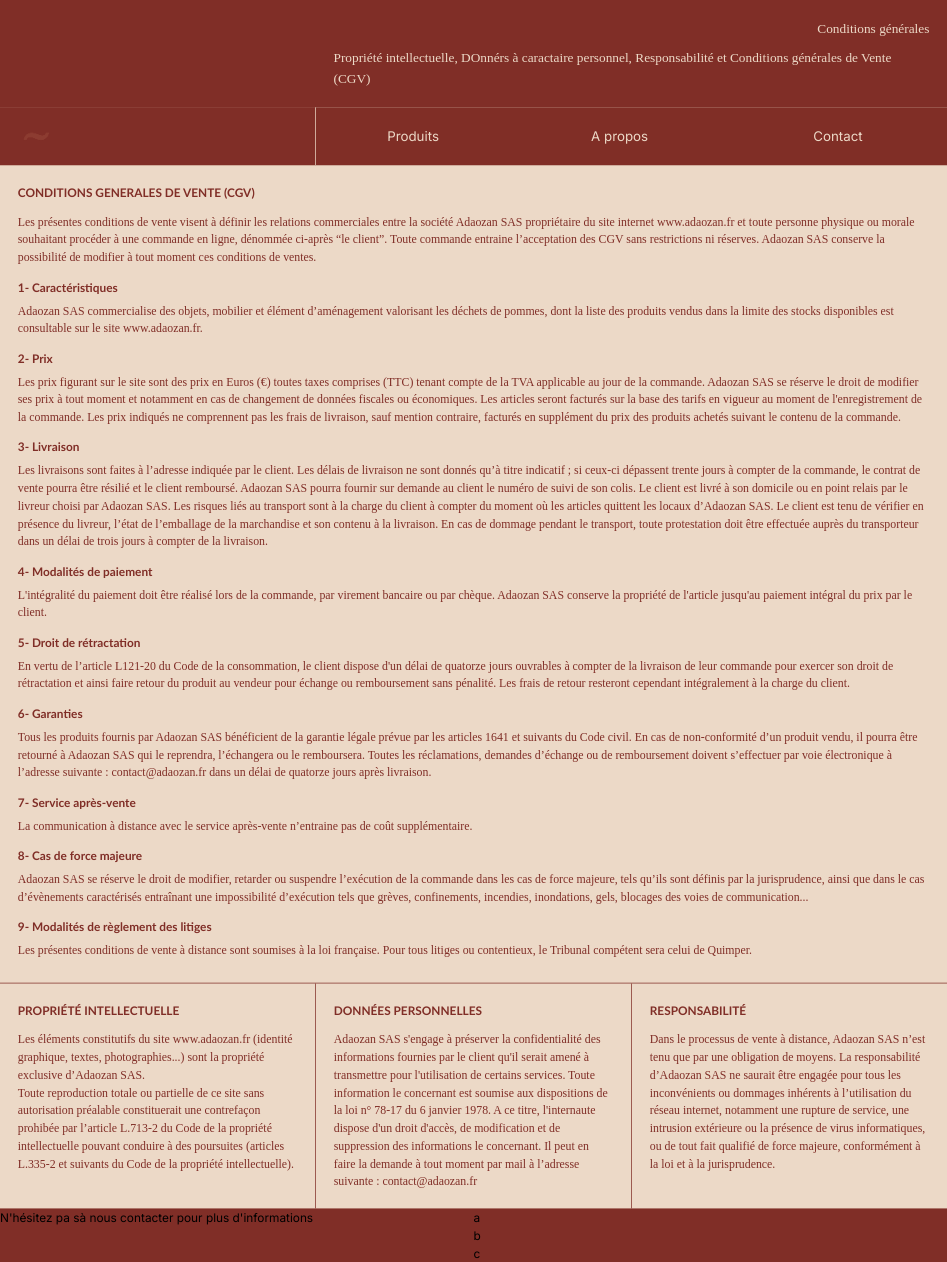
Repository: Neewd/adaozan
Page: /cgv
These files come from the project's save history. The page is drawn as it stood at one moment and after the next save; the edit follows.
The browser window is 1280 px wide. The pictures show the whole page, at 74% of full size.
Some web fonts or font styles are not loaded; a fallback is used. The project was rebuilt for these pictures with package versions that can differ from the ones it lists, and the page was loaded fresh each time. The framework's server and built-in components were replaced by stand-ins that run in the browser. Also part of the build but not shown: next.config.js.

Above is the page before, as saved 2023-08-11 13:34:00.

### app/cgv/page.tsx
import Image from 'next/image';
import { ContactHero } from '@/app/components/ContactHero';
import { Menu } from '@/app/components/Menu';

export default function CGV() {
  return (
    <>
      <div className="w-full bg-brown-100 relative h-min min-h-full">
        <div className="flex top-0 sticky w-full z-1 h-[20vh]">
          <div className="basis-4/12 p-6 flex flex-col justify-between">
            <Image
              src="/img/logo-white.png"
              width={300}
              height={300}
              alt="Logo Adaozan"
            />
          </div>
          <div className="basis-8/12 relative p-6 flex flex-col justify-between items-end">
            <span className="text-lg font-heading text-cream-100">
              Conditions générales
            </span>
            <span className="text-lg font-heading text-cream-100">
              Propriété intellectuelle, DOnnérs à caractaire personnel,
              Responsabilité et Conditions générales de Vente (CGV)
            </span>
          </div>
        </div>
        <Menu />

        <div className="flex flex-col border-b border-r-brown-100 bg-cream-100 relative text-brown-100 font-heading">
          <div className="flex flex-1 border-b border-brown-100 p-6 flex-col">
            <h2 className="mb-2 font-bold">
              CONDITIONS GENERALES DE VENTE (CGV)
            </h2>
            <p className="py-2">
              Les présentes conditions de vente visent à définir les relations
              commerciales entre la société Adaozan SAS propriétaire du site
              internet www.adaozan.fr et toute personne physique ou morale
              souhaitant procéder à une commande en ligne, dénommée ci-après “le
              client”. Toute commande entraine l’acceptation des CGV sans
              restrictions ni réserves. Adaozan SAS conserve la possibilité de
              modifier à tout moment ces conditions de ventes.
            </p>
            <h3 className="font-bold pt-2">1- Caractéristiques</h3>
            <p className="py-2">
              Adaozan SAS commercialise des objets, mobilier et élément
              d’aménagement valorisant les déchets de pommes, dont la liste des
              produits vendus dans la limite des stocks disponibles est
              consultable sur le site www.adaozan.fr.
            </p>

            <h3 className="pt-2 font-bold">2- Prix </h3>
            <p className="py-2">
              Les prix figurant sur le site sont des prix en Euros (€) toutes
              taxes comprises (TTC) tenant compte de la TVA applicable au jour
              de la commande. Adaozan SAS se réserve le droit de modifier ses
              prix à tout moment et notamment en cas de changement de données
              fiscales ou économiques. Les articles seront facturés sur la base
              des tarifs en vigueur au moment de l'enregistrement de la
              commande. Les prix indiqués ne comprennent pas les frais de
              livraison, sauf mention contraire, facturés en supplément du prix
              des produits achetés suivant le contenu de la commande.
            </p>

            <h3 className="pt-2 font-bold">3- Livraison</h3>
            <p className="py-2">
              Les livraisons sont faites à l’adresse indiquée par le client. Les
              délais de livraison ne sont donnés qu’à titre indicatif ; si
              ceux-ci dépassent trente jours à compter de la commande, le
              contrat de vente pourra être résilié et le client remboursé.
              Adaozan SAS pourra fournir sur demande au client le numéro de
              suivi de son colis. Le client est livré à son domicile ou en point
              relais par le livreur choisi par Adaozan SAS. Les risques liés au
              transport sont à la charge du client à compter du moment où les
              articles quittent les locaux d’Adaozan SAS. Le client est tenu de
              vérifier en présence du livreur, l’état de l’emballage de la
              marchandise et son contenu à la livraison. En cas de dommage
              pendant le transport, toute protestation doit être effectuée
              auprès du transporteur dans un délai de trois jours à compter de
              la livraison.
            </p>

            <h3 className="pt-2 font-bold">4- Modalités de paiement</h3>
            <p className="py-2">
              L'intégralité du paiement doit être réalisé lors de la commande,
              par virement bancaire ou par chèque. Adaozan SAS conserve la
              propriété de l'article jusqu'au paiement intégral du prix par le
              client.
            </p>

            <h3 className="pt-2 font-bold">5- Droit de rétractation</h3>
            <p className="py-2">
              En vertu de l’article L121-20 du Code de la consommation, le
              client dispose d'un délai de quatorze jours ouvrables à compter de
              la livraison de leur commande pour exercer son droit de
              rétractation et ainsi faire retour du produit au vendeur pour
              échange ou remboursement sans pénalité. Les frais de retour
              resteront cependant intégralement à la charge du client.
            </p>

            <h3 className="pt-2 font-bold">6- Garanties </h3>
            <p className="py-2">
              Tous les produits fournis par Adaozan SAS bénéficient de la
              garantie légale prévue par les articles 1641 et suivants du Code
              civil. En cas de non-conformité d’un produit vendu, il pourra être
              retourné à Adaozan SAS qui le reprendra, l’échangera ou le
              remboursera. Toutes les réclamations, demandes d’échange ou de
              remboursement doivent s’effectuer par voie électronique à
              l’adresse suivante : contact@adaozan.fr dans un délai de quatorze
              jours après livraison.
            </p>

            <h3 className="pt-2 font-bold">7- Service après-vente</h3>
            <p className="py-2">
              La communication à distance avec le service après-vente n’entraine
              pas de coût supplémentaire.
            </p>

            <h3 className="pt-2 font-bold">8- Cas de force majeure</h3>
            <p className="py-2">
              Adaozan SAS se réserve le droit de modifier, retarder ou suspendre
              l’exécution de la commande dans les cas de force majeure, tels
              qu’ils sont définis par la jurisprudence, ainsi que dans le cas
              d’évènements caractérisés entraînant une impossibilité d’exécution
              tels que grèves, confinements, incendies, inondations, gels,
              blocages des voies de communication...
            </p>

            <h3 className="pt-2 font-bold">
              9- Modalités de règlement des litiges
            </h3>
            <p className="py-2">
              Les présentes conditions de vente à distance sont soumises à la
              loi française. Pour tous litiges ou contentieux, le Tribunal
              compétent sera celui de Quimper.
            </p>
          </div>
          <div className="flex">
            <div className="flex flex-1 p-6 flex-col border-r border-brown-100">
              <h2 className="font-bold mb-4">PROPRIÉTÉ INTELLECTUELLE</h2>
              <p>
                Les éléments constitutifs du site www.adaozan.fr (identité
                graphique, textes, photographies...) sont la propriété exclusive
                d’Adaozan SAS.
              </p>
              <p>
                Toute reproduction totale ou partielle de ce site sans
                autorisation préalable constituerait une contrefaçon prohibée
                par l’article L.713-2 du Code de la propriété intellectuelle
                pouvant conduire à des poursuites (articles L.335-2 et suivants
                du Code de la propriété intellectuelle).
              </p>
            </div>
            <div className="flex flex-1 flex-col border-r border-brown-100 p-6 ">
              <h2 className="font-bold mb-4">DONNÉES PERSONNELLES</h2>
              <p>
                Adaozan SAS s'engage à préserver la confidentialité des
                informations fournies par le client qu'il serait amené à
                transmettre pour l'utilisation de certains services. Toute
                information le concernant est soumise aux dispositions de la loi
                n° 78-17 du 6 janvier 1978. A ce titre, l'internaute dispose
                d'un droit d'accès, de modification et de suppression des
                informations le concernant. Il peut en faire la demande à tout
                moment par mail à l’adresse suivante : contact@adaozan.fr
              </p>
            </div>
            <div className="flex flex-1 flex-col p-6">
              <h2 className="font-bold mb-4">RESPONSABILITÉ</h2>
              <p>
                Dans le processus de vente à distance, Adaozan SAS n’est tenu
                que par une obligation de moyens. La responsabilité d’Adaozan
                SAS ne saurait être engagée pour tous les inconvénients ou
                dommages inhérents à l’utilisation du réseau internet, notamment
                une rupture de service, une intrusion extérieure ou la présence
                de virus informatiques, ou de tout fait qualifié de force
                majeure, conformément à la loi et à la jurisprudence.
              </p>
            </div>
          </div>
        </div>
        <ContactHero />
      </div>
    </>
  );
}

### app/components/ContactHero.tsx
export const ContactHero = () => {
	const sentence = "N'hésitez pa sà nous contacter pour plus d'informations";
	return (
		<div className="flex">
			<div className="basis-1/2">{sentence}</div>
			<div className="basis-1/2 flex flex-col">
				<a href="">a</a>
				<a href="">b</a>
				<a href="">c</a>
			</div>
		</div>
	);
};

### components/Menu.tsx
import Link from 'next/link';
import Image from 'next/image';

export function Menu() {
  return (
    <>
      <div className="flex h-20 border-y border-cream-100 z-20 sticky top-[-2px] bg-brown-100">
        <div className="basis-4/12 border-r flex items-center bg-brown-100 text-cream-100">
          <div className="w-full block h-full">
            <Link href="/" className="block w-24 h-full relative">
              <Image
                className="block"
                src="/img/logo-tilde.png"
                alt="Link to home page"
                fill={true}
              />
            </Link>
          </div>
        </div>
        <div className="basis-8/12 flex justify-around items-center h-full bg-brown-100/40">
          <div className="text-cream-100 group text-lg flex-1 flex items-center justify-center cursor-pointer">
            <Link href="/produits" className="group-hover:font-bold">
              Produits
            </Link>
          </div>
          <div className="text-cream-100 text-lg group flex-1 px-4  flex items-center justify-center cursor-pointer">
            <Link href="/a-propos" className="group-hover:font-bold">
              A propos
            </Link>
          </div>
          <div className="text-cream-100 text-lg group flex-1 flex px-4 items-center justify-center cursor-pointer">
            <Link href="/contact" className="group-hover:font-bold">
              Contact
            </Link>
          </div>
        </div>
      </div>
    </>
  );
}

Loaded but not shown: app/layout.tsx (common file); app/globals.css (common file); tailwind.config.js (common file)

After the next save:
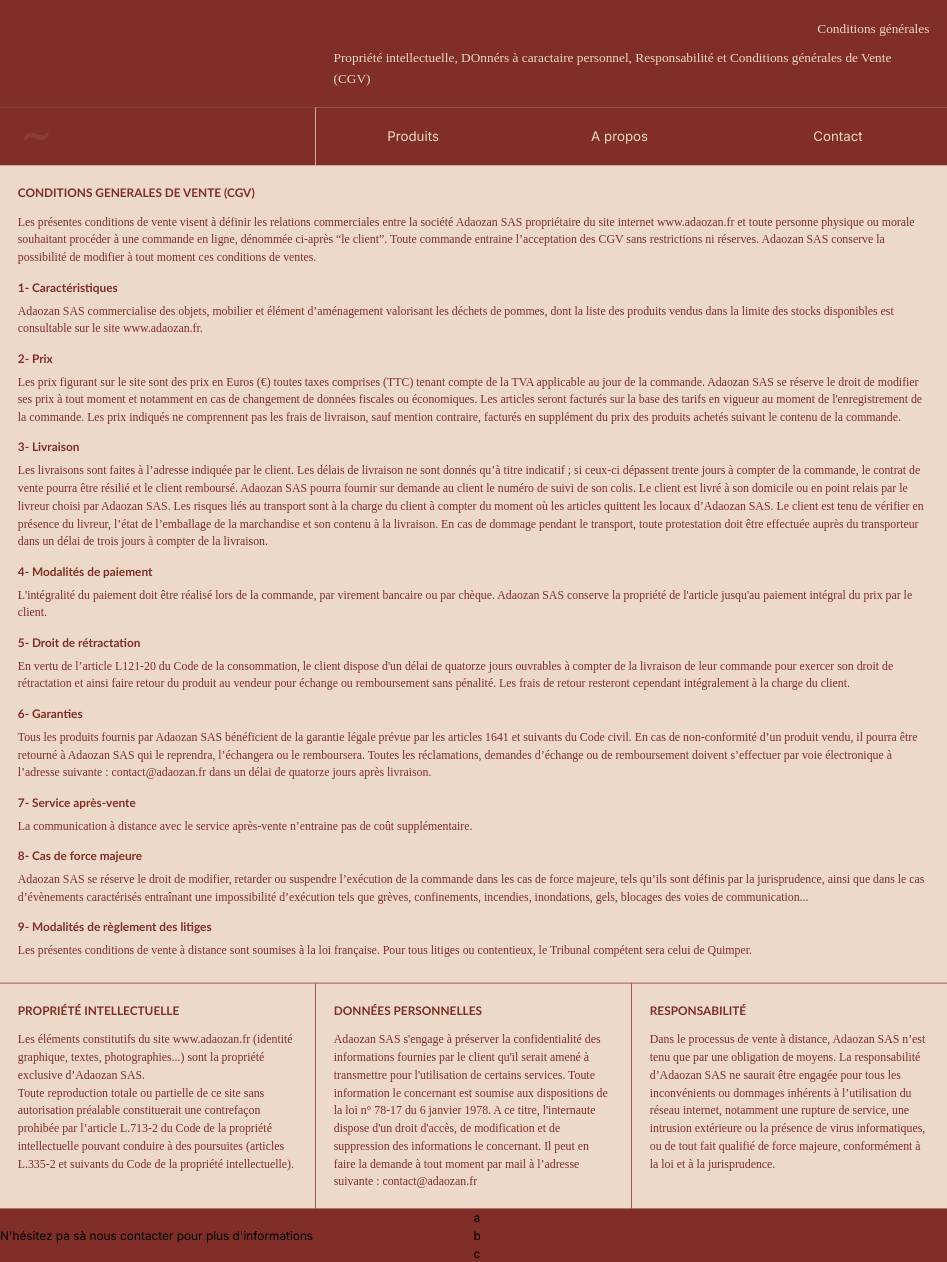
Saved 12 s later.
--- a/app/components/ContactHero.tsx
+++ b/app/components/ContactHero.tsx
@@ -2,7 +2,7 @@
 	const sentence = "N'hésitez pa sà nous contacter pour plus d'informations";
 	return (
 		<div className="flex">
-			<div className="basis-1/2">{sentence}</div>
+			<div className="basis-1/2 flex items-center">{sentence}</div>
 			<div className="basis-1/2 flex flex-col">
 				<a href="">a</a>
 				<a href="">b</a>
